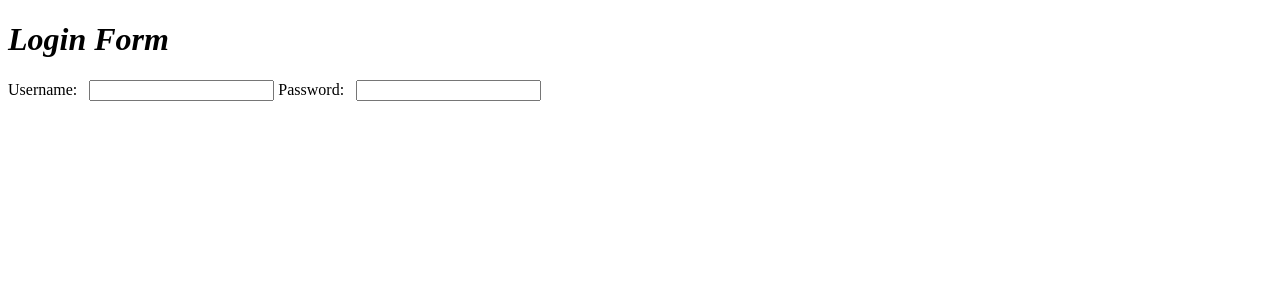
Repository: TarangPatel-Ai/J2EE
Page: Sessions/src/main/webapp/login.html
An editor plug-in stored every save of this project. The page is shown before and after the next save, followed by the edit.
The browser window is 1280 px wide. The pictures show the whole page.

Above is the page before, as saved 2025-10-20 16:47:29.

### Sessions/src/main/webapp/login.html
<!DOCTYPE html>
<html>
<head>
<meta charset="UTF-8">
<title>Insert title here</title>
</head>
<body>
<h1><i>Login Form</i></h1>
<form action="loginservlet" method="post">
	Username: &nbsp; <input type="text" name="username">
	Password: &nbsp; <input type="password" name="password">
</form>
</body>
</html>

After the next save:
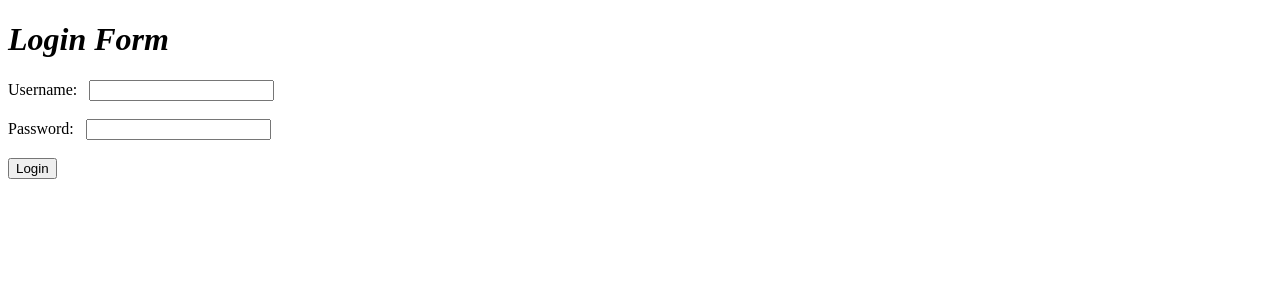
Saved 32 s later.
--- a/Sessions/src/main/webapp/login.html
+++ b/Sessions/src/main/webapp/login.html
@@ -7,8 +7,9 @@
 <body>
 <h1><i>Login Form</i></h1>
 <form action="loginservlet" method="post">
-	Username: &nbsp; <input type="text" name="username">
-	Password: &nbsp; <input type="password" name="password">
+	Username: &nbsp; <input type="text" name="username"><br><br>
+	Password: &nbsp; <input type="password" name="password"><br><br>
+	<input type="submit" value="Login">
 </form>
 </body>
 </html>
